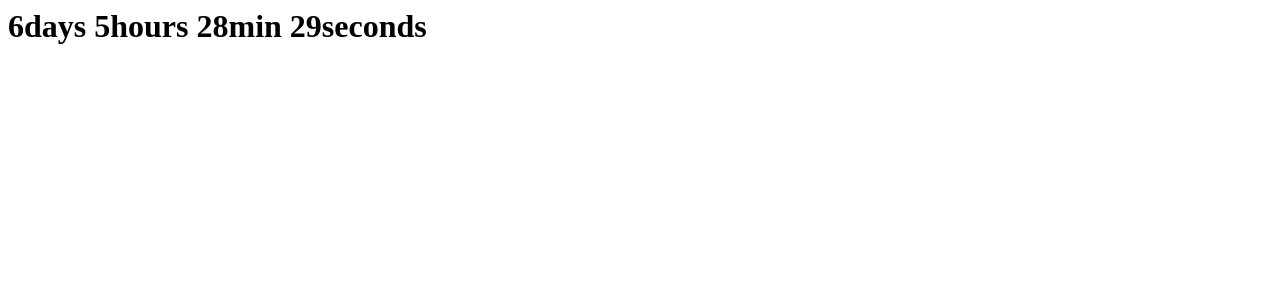
Repository: notMaximilian/countdown-timer
Page: index.html
An editor plug-in stored every save of this project. The page is shown before and after the next save, followed by the edit.
The browser window is 1280 px wide. The pictures show the whole page.

Above is the page before, as saved 2021-12-18 18:46:26.

### index.html
<html lang="en">
    <head>
        <meta charset="utf-8"/>
        <title>Christmas Countdown</title>
        <link rel="stylesheet" href="styles.css"/>
    </head>
    <body>
        <h1 id="time-left"></h1>
        <script src="app.js"></script>
    </body>
</html>

### styles.css
body{
    background-color: light;
}

### app.js
const timeLeft = document.getElementById('time-left')
let timerId;
//Units of time
const second = 1000
const minute = second * 60
const hour = minute * 60
const day = hour * 24

const christmas = new Date('12/25/2021')

function countdown(){
    const today = new Date();
    const timeSpan = christmas - today;

    if(timeSpan <= -day){
        timeLeft.innerHTML("I hope you had a Merry Christmas!!!")
        clearInterval(timerId)
        return
    }

    if (timeSpan <= 0){
        timeLeft.innerHTML("Merry Christmas!!!")
        clearInterval(timerId)
        return
    }

    const days = Math.floor(timeSpan / day)
    const hours = Math.floor((timeSpan % day) / hour)
    const minutes = Math.floor((timeSpan % hour) / minute)
    const seconds = Math.floor((timeSpan % minute) / second)

    timeLeft.innerHTML = days + "days " + hours + "hours " + minutes + "min " + seconds + "seconds"

}

timerId = setInterval(countdown, second)

After the next save:
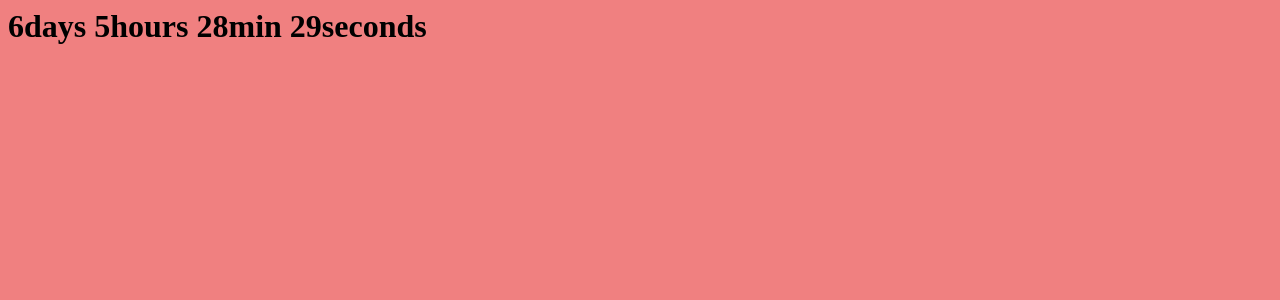
Saved 6 s later.
--- a/styles.css
+++ b/styles.css
@@ -1,3 +1,3 @@
 body{
-    background-color: light;
+    background-color: lightcoral;
 }
